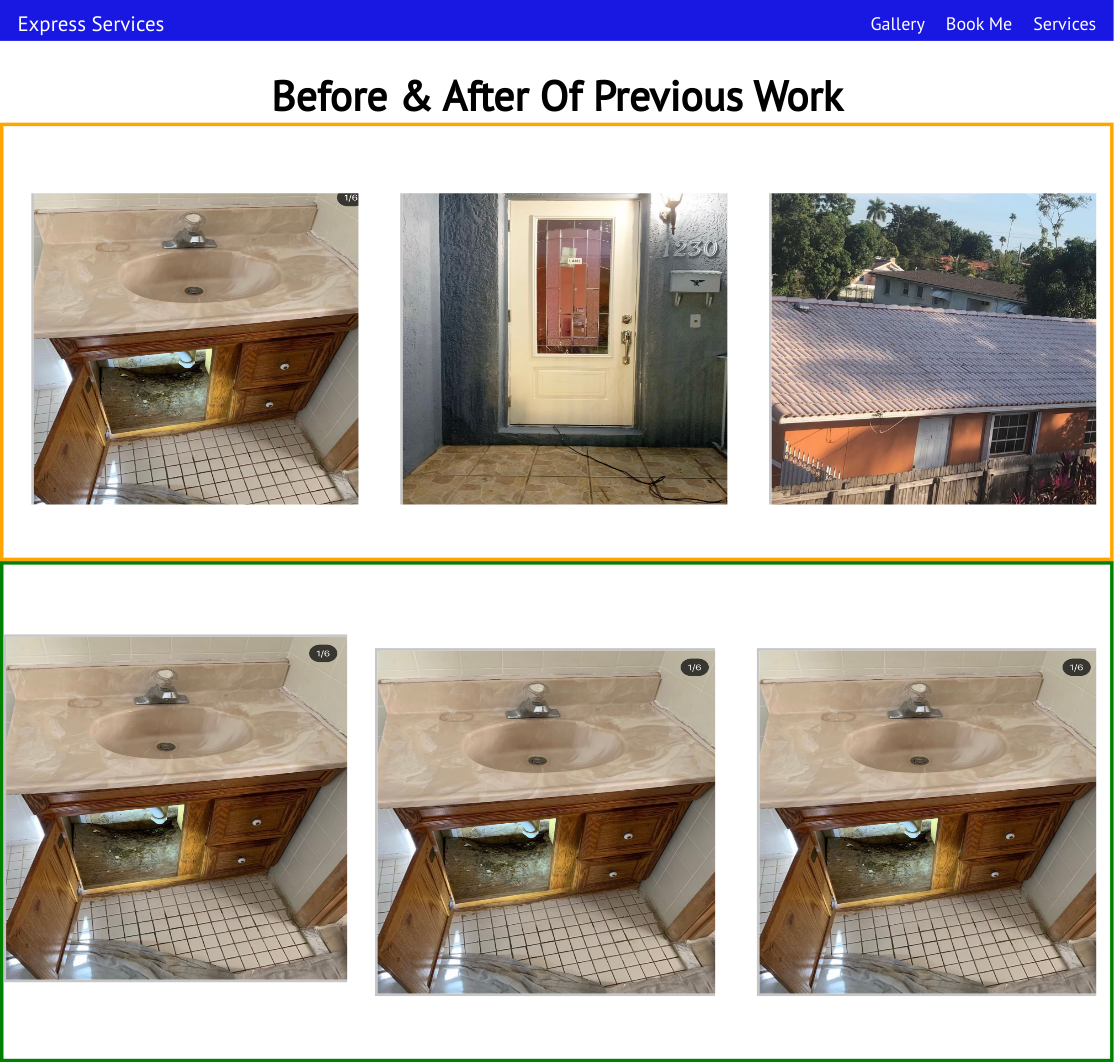
Repository: DrummerDee/mir-miami
Page: /Gallery (app in mr-miami/)
These files come from the project's save history. The page is drawn as it stood at one moment and after a run of saves; the edit follows.
The browser window is 1280 px wide. The pictures show the whole page, at 87% of full size.
The project was rebuilt for these pictures with package versions that can differ from the ones it lists, and the page was loaded fresh each time. Also part of the build but not shown: mr-miami/src/Styles/Services.css, mr-miami/src/Components/Services.js, mr-miami/src/Components/Homepage.js, mr-miami/src/Styles/Calendar.css, mr-miami/src/Styles/Times.css, mr-miami/src/Components/Times.js, mr-miami/src/Components/Time.js, mr-miami/src/Components/BookMe.js.

Above is the page before, as saved 2022-09-09 13:57:13.

After the next 2 saves:
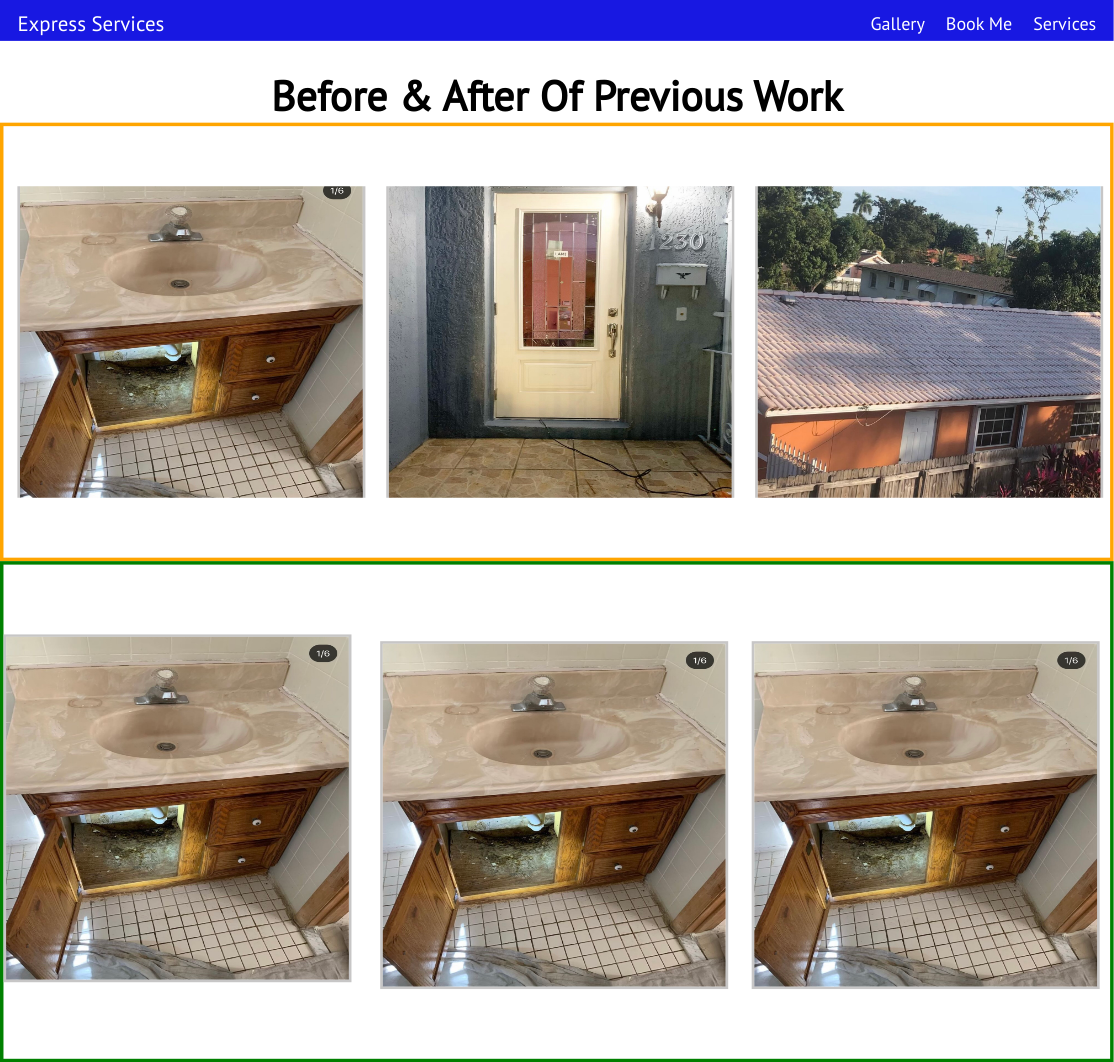
The 2 saves are shown as one change because they came seconds apart.
The last was saved 11 s later.
--- a/mr-miami/src/Styles/App.css
+++ b/mr-miami/src/Styles/App.css
@@ -28,8 +28,7 @@
   overflow: hidden;
   gap: 0.5rem;
   padding: 1rem 0 0 1rem;
-  margin: 1rem 1rem 0 1rem; */
-  overflow: auto;
+  /*margin: 1rem 1rem 0 1rem; */
   justify-content: center;
   position: relative;
 }

After the 2 saves that followed:
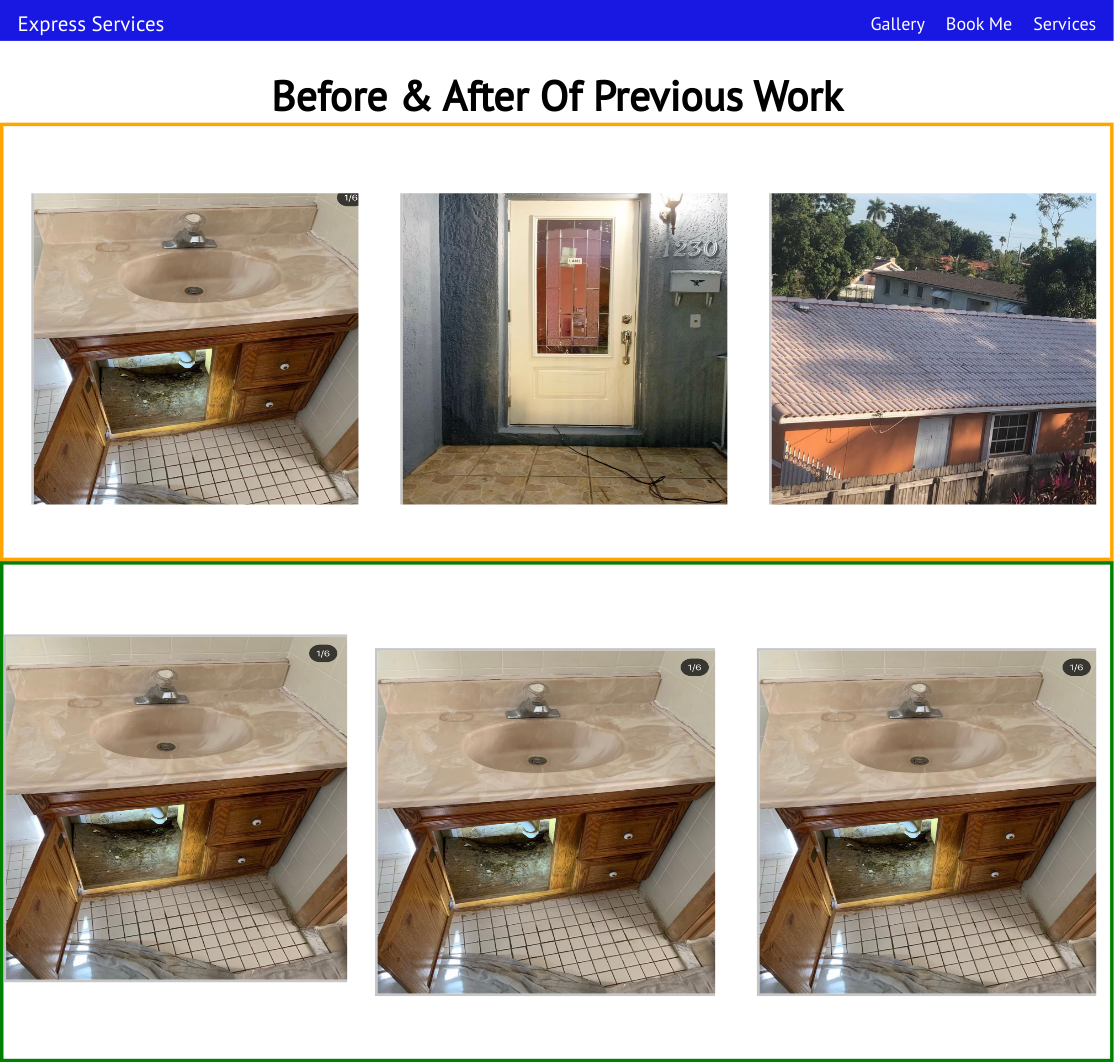
The 2 saves are shown as one change because they came seconds apart.
The last was saved 13 s later.
--- a/mr-miami/src/Styles/App.css
+++ b/mr-miami/src/Styles/App.css
@@ -28,7 +28,7 @@
   overflow: hidden;
   gap: 0.5rem;
   padding: 1rem 0 0 1rem;
-  /*margin: 1rem 1rem 0 1rem; */
+  margin: 1rem 1rem 0 1rem;
   justify-content: center;
   position: relative;
 }
